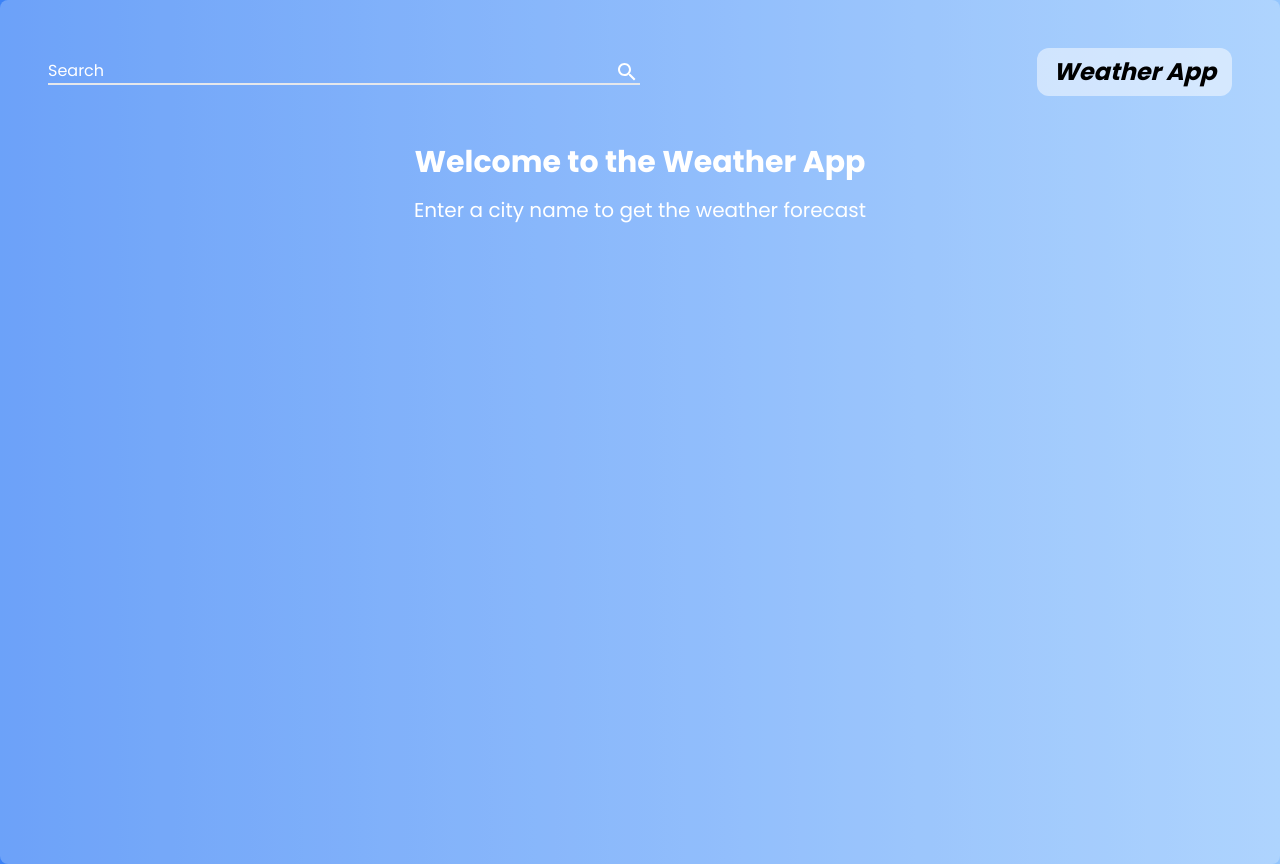
Repository: DevAntonioRogers/react-weatherapp-v2
Page: /
The author's editor kept a copy of each file at every save. The page is drawn from the files as they stood at one save, then again after the next save.
The browser window is 1280 px wide. The pictures show the whole page.
The project was rebuilt for these pictures with package versions that can differ from the ones it lists, and the page was loaded fresh each time. The framework's server and built-in components were replaced by stand-ins that run in the browser. Also part of the build but not shown: next.config.js, app/utils/currentDate.tsx, app/components/Current.tsx, app/components/WeekForecast.tsx. Imported but missing from the stored project, and not drawn on this page: app/components/WeatherDetails.

Above is the page before, as saved 2023-05-21 21:35:01.

### app/layout.tsx
import "./globals.css";
import { Poppins } from "next/font/google";

export const metadata = {
  title: "Create Next App",
  description: "Generated by create next app",
};

const poppins = Poppins({
  subsets: ["latin"],
  weight: ["400", "500", "700"],
  style: ["normal", "italic"],
});

export default function RootLayout({ children }: { children: React.ReactNode }) {
  return (
    <html lang="en" className={poppins.className}>
      <body>{children}</body>
    </html>
  );
}

### app/page.tsx
"use client";
import React, { useState } from "react";
import Current from "./components/Current";
import Input from "./components/Input";
import WeekForecast from "./components/WeekForecast";
import WeatherDetails from "./components/WeatherDetails";

export default function Home() {
  const [data, setData] = useState({});
  const [location, setLocation] = useState("");
  const [error, setError] = useState("");

  const url = `http://api.weatherapi.com/v1/forecast.json?key=538023bd3c43455084733202231905&q=${location}&days=7&aqi=yes&alerts=yes`;

  const handleSearch = async (e: React.KeyboardEvent<HTMLInputElement>) => {
    if (e.key === "Enter") {
      e.preventDefault();
      try {
        const response = await fetch(url);
        if (!response.ok) {
          throw new Error();
        }
        const data = await response.json();
        setData(data);
        setLocation("");
        setError("");
      } catch (error) {
        setError("City not found");
        setData({});
      }
    }
  };

  let content;
  if (Object.keys(data).length === 0 && error === "") {
    content = (
      <div className="text-white text-center h-screen">
        <h2 className="text-3xl font-semibold mb-4">Welcome to the Weather App</h2>
        <p className="text-xl">Enter a city name to get the weather forecast</p>
      </div>
    );
  } else if (error !== "") {
    content = (
      <div className="text-white text-center h-screen">
        <h2 className="text-3xl font-semibold mb-4">City not found</h2>
        <p className="text-xl">Please enter a valid city name</p>
      </div>
    );
  } else {
    content = (
      <>
        <div className="flex md:flex-row flex-col p-12 items-center justify-between">
          <Current data={data} />
          <WeekForecast data={data} />
        </div>
        <div>
          <WeatherDetails data={data} />
        </div>
      </>
    );
  }

  return (
    <div className="bg-cover bg-gradient-to-r from-blue-500 to-blue-300 h-fit">
      <div className="bg-white/25 w-full rounded-lg flex flex-col h-fit">
        <div className="flex flex-col md:flex-row justify-between items-center p-12">
          <Input handleSearch={handleSearch} setLocation={setLocation} />
          <h1 className="mb-8 md:mb-0 order-1 tex-white bg-white/50 text-2xl py-2 px-4 rounded-xl italic font-bold">
            Weather App
          </h1>
        </div>
        {content}
      </div>
    </div>
  );
}

### app/components/Input.tsx
"use client";
import SearchIcon from "@mui/icons-material/Search";

interface InputProps {
  handleSearch: (event: React.KeyboardEvent<HTMLInputElement>) => void;
  setLocation: React.Dispatch<React.SetStateAction<string>>;
}

const Input = ({ handleSearch, setLocation }: InputProps) => {
  return (
    <form className="flex items-center md:w-2/4 w-full order-2 md:order-1">
      <input
        type="text"
        className="w-full bg-transparent border-b-2 placeholder-white outline-none text-white"
        placeholder="Search"
        onKeyDown={handleSearch}
        onChange={(e) => setLocation(e.target.value)}
      />
      <div className="ml-[-25px] text-white cursor-pointer">
        <SearchIcon />
      </div>
    </form>
  );
};

export default Input;

Loaded but not shown: app/globals.css (common file); tailwind.config.js (common file)

After the next save:
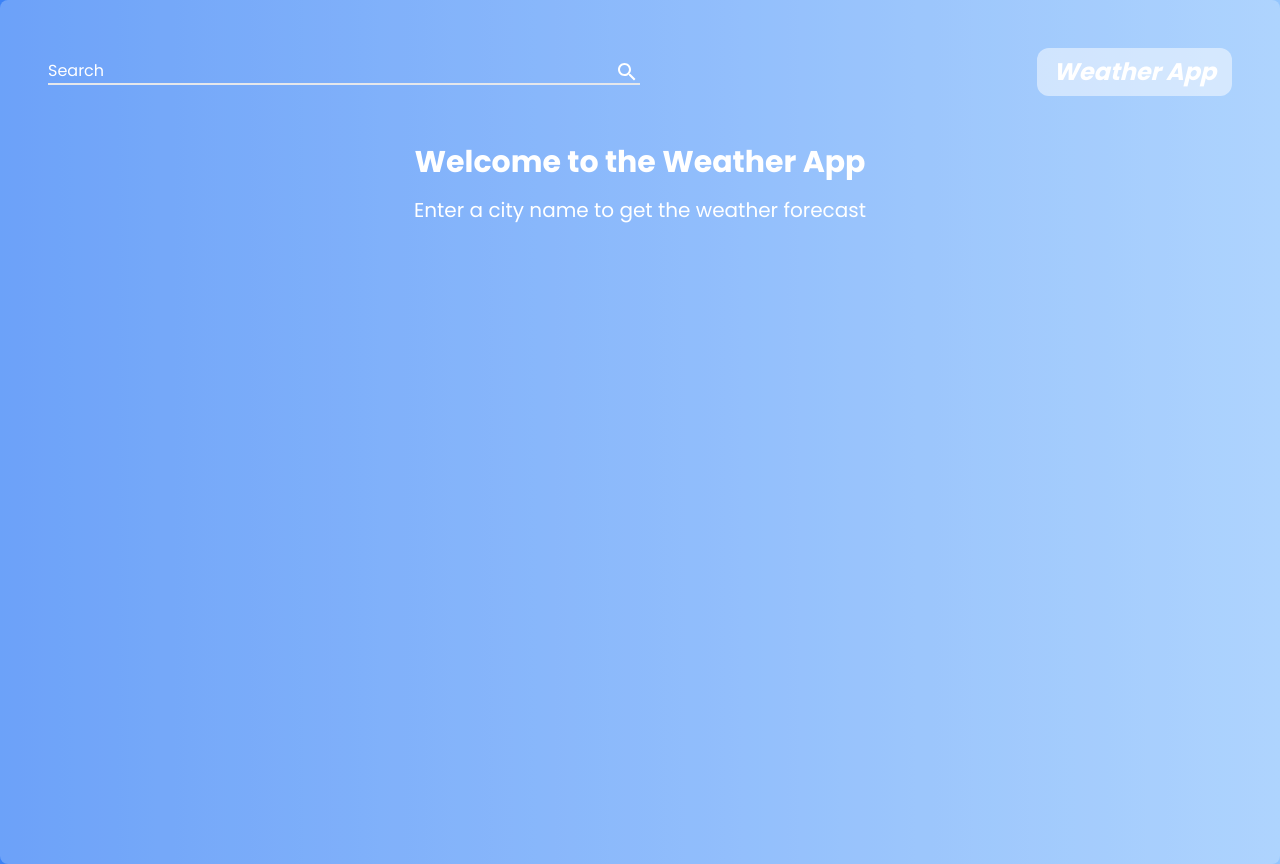
Saved 23 s later.
--- a/app/page.tsx
+++ b/app/page.tsx
@@ -65,7 +65,7 @@ export default function Home() {
       <div className="bg-white/25 w-full rounded-lg flex flex-col h-fit">
         <div className="flex flex-col md:flex-row justify-between items-center p-12">
           <Input handleSearch={handleSearch} setLocation={setLocation} />
-          <h1 className="mb-8 md:mb-0 order-1 tex-white bg-white/50 text-2xl py-2 px-4 rounded-xl italic font-bold">
+          <h1 className="mb-8 md:mb-0 order-1 text-white bg-white/50 text-2xl py-2 px-4 rounded-xl italic font-bold">
             Weather App
           </h1>
         </div>
